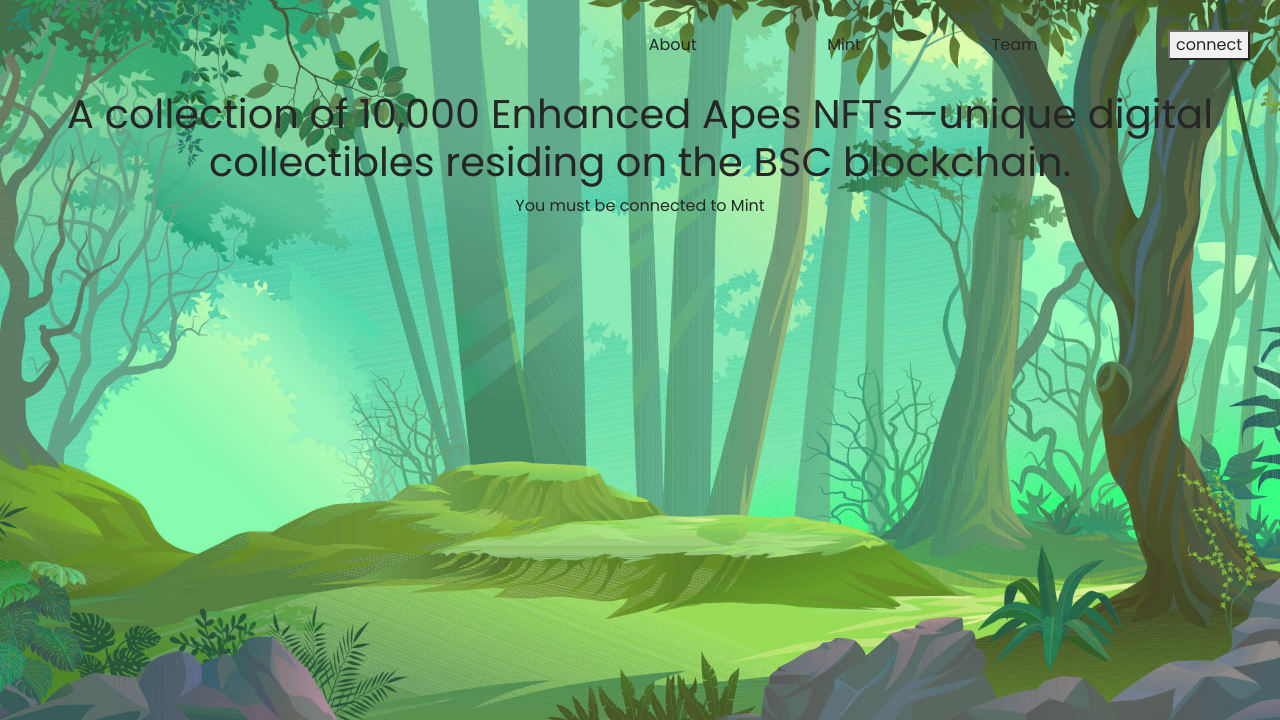
Repository: Stephegbenga/Minting-Dapp
Page: /
These files come from the project's save history. The page is drawn as it stood at one moment and after the next save; the edit follows.
The browser window is 1280 px wide. The pictures show the whole page.
The project was rebuilt for these pictures with package versions that can differ from the ones it lists, and the page was loaded fresh each time.

Above is the page before, as saved 2022-04-07 16:41:33.

After the next save:
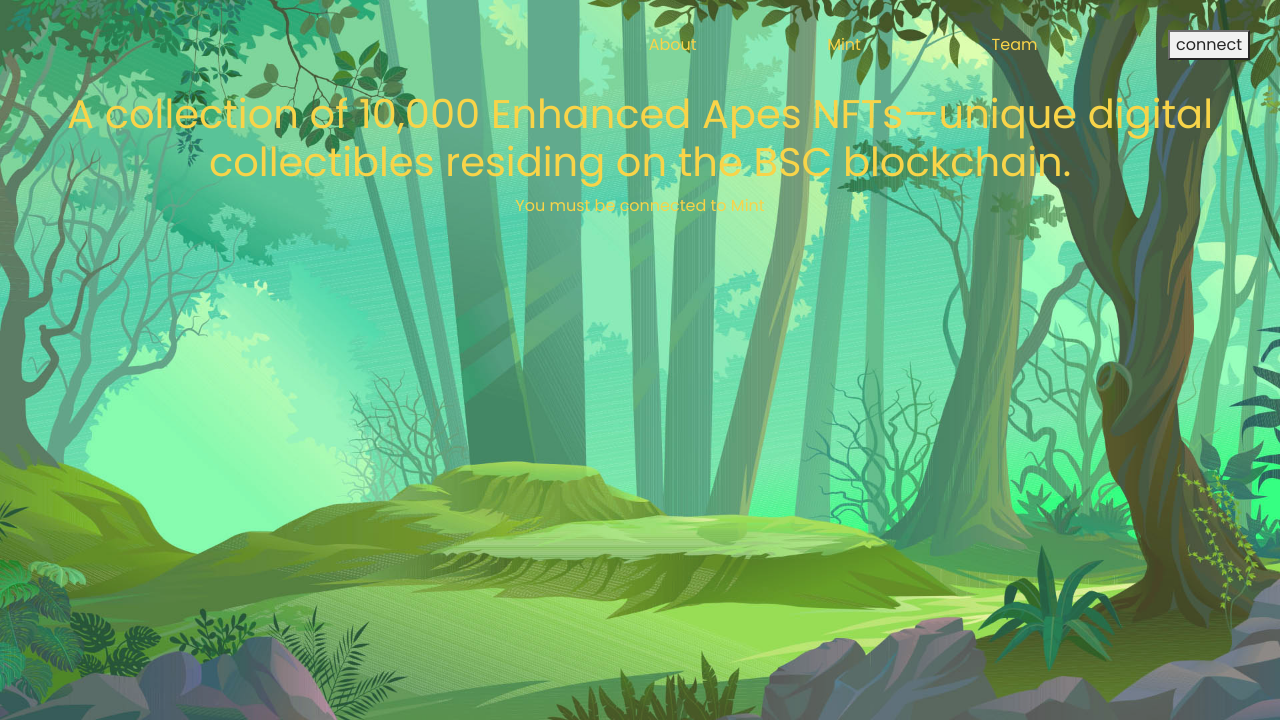
Saved 39 s later.
--- a/src/App.css
+++ b/src/App.css
@@ -4,7 +4,7 @@
 .App {
   text-align: center;
   font-family: "poppins";
-  color: rgb(0, 0, 0);
+  color: #f7cd2a;
 }
 
 * {
